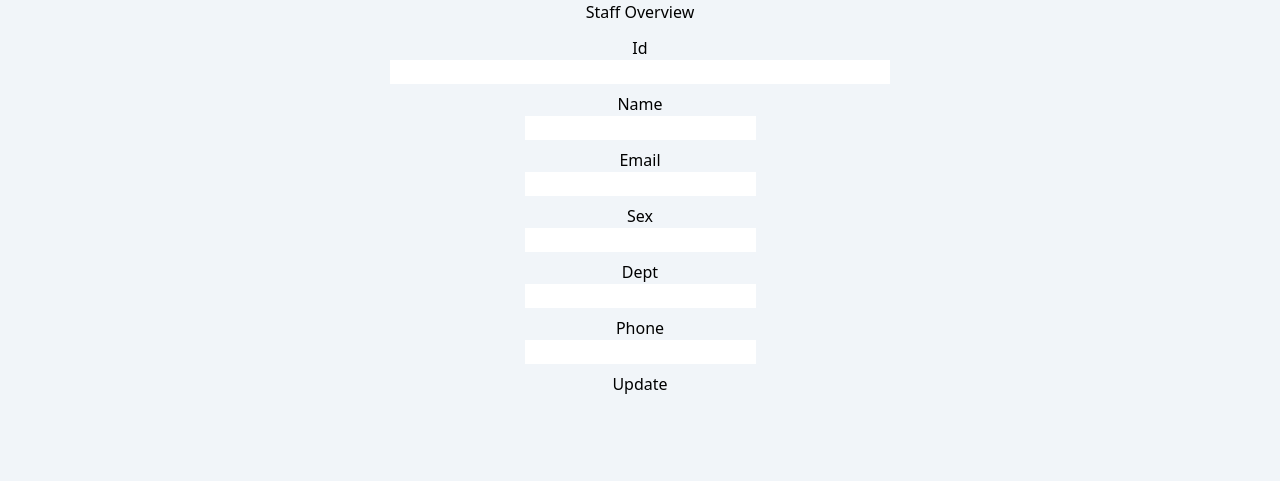
Repository: Semanmernstack/crud
Page: /employee/create
These files come from the project's save history. The page is drawn as it stood at one moment and after the next save; the edit follows.
The browser window is 1280 px wide. The pictures show the whole page.
The project was rebuilt for these pictures with package versions that can differ from the ones it lists, and the page was loaded fresh each time. Also part of the build but not shown: src/List.js, src/Details.js, src/Edit.js.

Above is the page before, as saved 2022-12-24 01:37:49.

### src/App.js
import List from "./List";
import {
  BrowserRouter,
  Routes,
  Route,

} from "react-router-dom";
import Details from "./Details";
import Create from "./Create";
import Edit from "./Edit";



function App() {
  return (
    <div className="bg-slate-100 h-screen">
      <BrowserRouter>

      <Routes>
        <Route path="/" element={<List/>}> </Route>
        <Route path="/employee/create" element={<Create/>}> </Route>
        <Route path="/employee/details/:empid" element={<Details/>}> </Route>
        <Route path="/employee/edit/:empid" element={<Edit/>}> </Route>
      </Routes>
      </BrowserRouter>

    </div>
  );
}

export default App;

### src/Create.js
import React from 'react'

function Create() {
  return (
    <div className="flex flex-col  text-center ">
        <div>
            <p>Staff Overview</p>
        </div>
        <form className="w-full">
          <div className="flex text-center p-3 justify-center mx-auto items-center flex-col gap-2">
            <div className="flex flex-col w-[500px] items-center">
              <span>Id</span>
              <input className='w-full' type="text" />
            </div>
            <div className="flex flex-col w-[500px] items-center">
              <span>Name</span>
              <input type="text" required />
            </div>
            <div className="flex flex-col w-[500px] items-center">
              <span>Email</span>
              <input type="email" />
            </div>
            <div className="flex flex-col w-[500px] items-center">
              <span>Sex</span>
              <input type="text" />
            </div>
            <div className="flex flex-col w-[500px] items-center">
              <span>Dept</span>
              <input type="text" />
            </div>
            <div className="flex flex-col w-[500px] items-center">
              <span>Phone</span>
              <input type="number" />
            </div>
            <button>Update</button>
          </div>
        </form>
    </div>
  )
}

export default Create

Loaded but not shown: public/index.html (common file); src/index.js (common file); src/index.css (common file); src/reportWebVitals.js (common file); tailwind.config.js (common file)

After the next save:
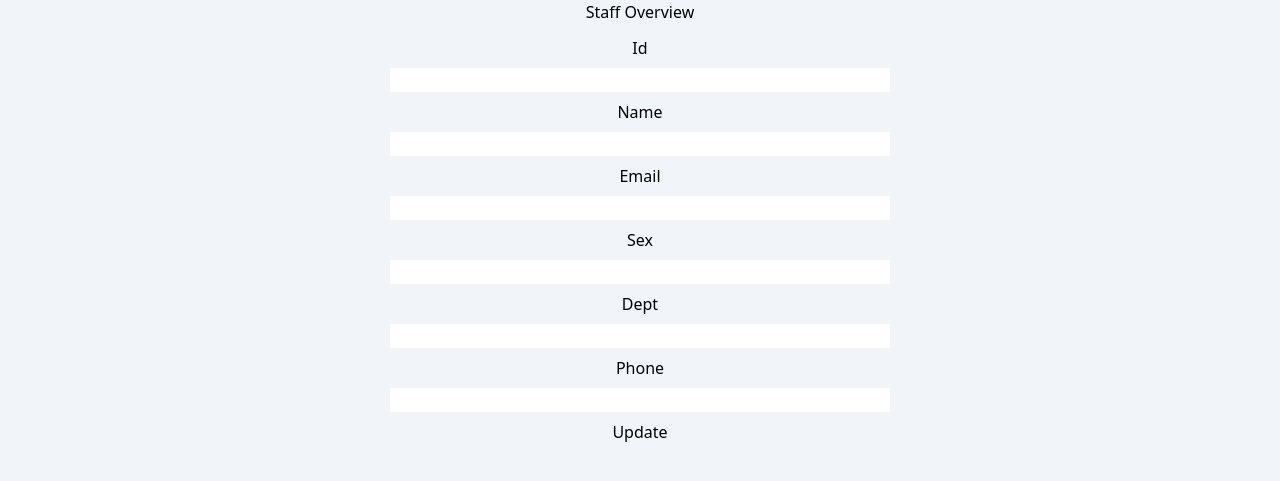
Saved 3 min 38 s later.
--- a/src/Create.js
+++ b/src/Create.js
@@ -10,27 +10,27 @@ function Create() {
           <div className="flex text-center p-3 justify-center mx-auto items-center flex-col gap-2">
             <div className="flex flex-col w-[500px] items-center">
               <span>Id</span>
-              <input className='w-full' type="text" />
+              <input className='w-full mt-2 outline-none border-none'   type="text" />
             </div>
             <div className="flex flex-col w-[500px] items-center">
               <span>Name</span>
-              <input type="text" required />
+              <input className='w-full mt-2 outline-none border-none' type="text" required />
             </div>
             <div className="flex flex-col w-[500px] items-center">
               <span>Email</span>
-              <input type="email" />
+              <input className='w-full mt-2 outline-none border-none' type="email" />
             </div>
             <div className="flex flex-col w-[500px] items-center">
               <span>Sex</span>
-              <input type="text" />
+              <input className='w-full mt-2 outline-none border-none' type="text" />
             </div>
             <div className="flex flex-col w-[500px] items-center">
               <span>Dept</span>
-              <input type="text" />
+              <input className='w-full mt-2 outline-none border-none' type="text" />
             </div>
             <div className="flex flex-col w-[500px] items-center">
               <span>Phone</span>
-              <input type="number" />
+              <input className='w-full mt-2 outline-none border-none' type="number" />
             </div>
             <button>Update</button>
           </div>
